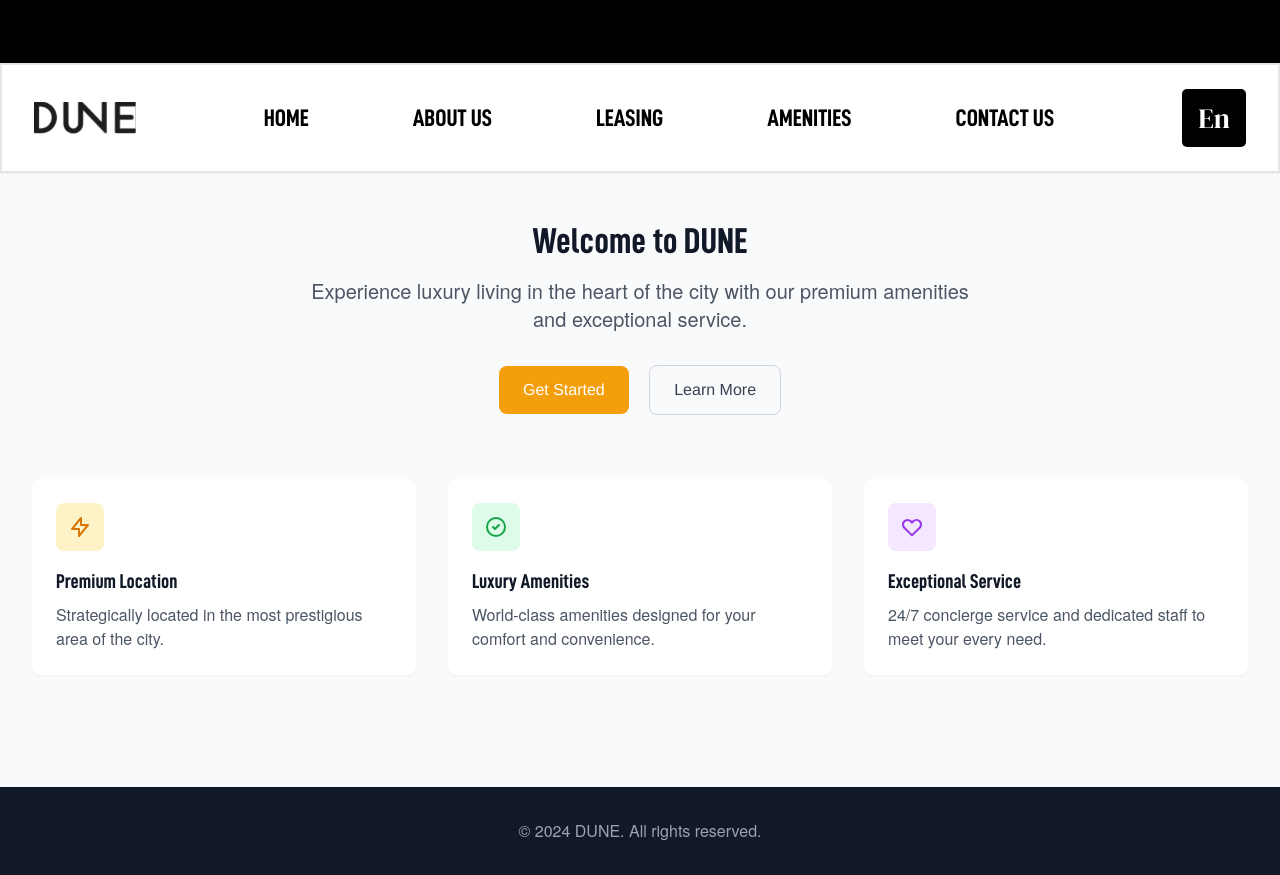
Repository: ahmedassr5765/dune
Page: index.html
The author's editor kept a copy of each file at every save. The page is drawn from the files as they stood at one save, then again after the next save.
The browser window is 1280 px wide. The pictures show the whole page.
Some web fonts or font styles are not loaded; a fallback is used. Some web libraries are served in a nearby version.

Above is the page before, as saved 2025-07-12 17:52:47.

After the next save:
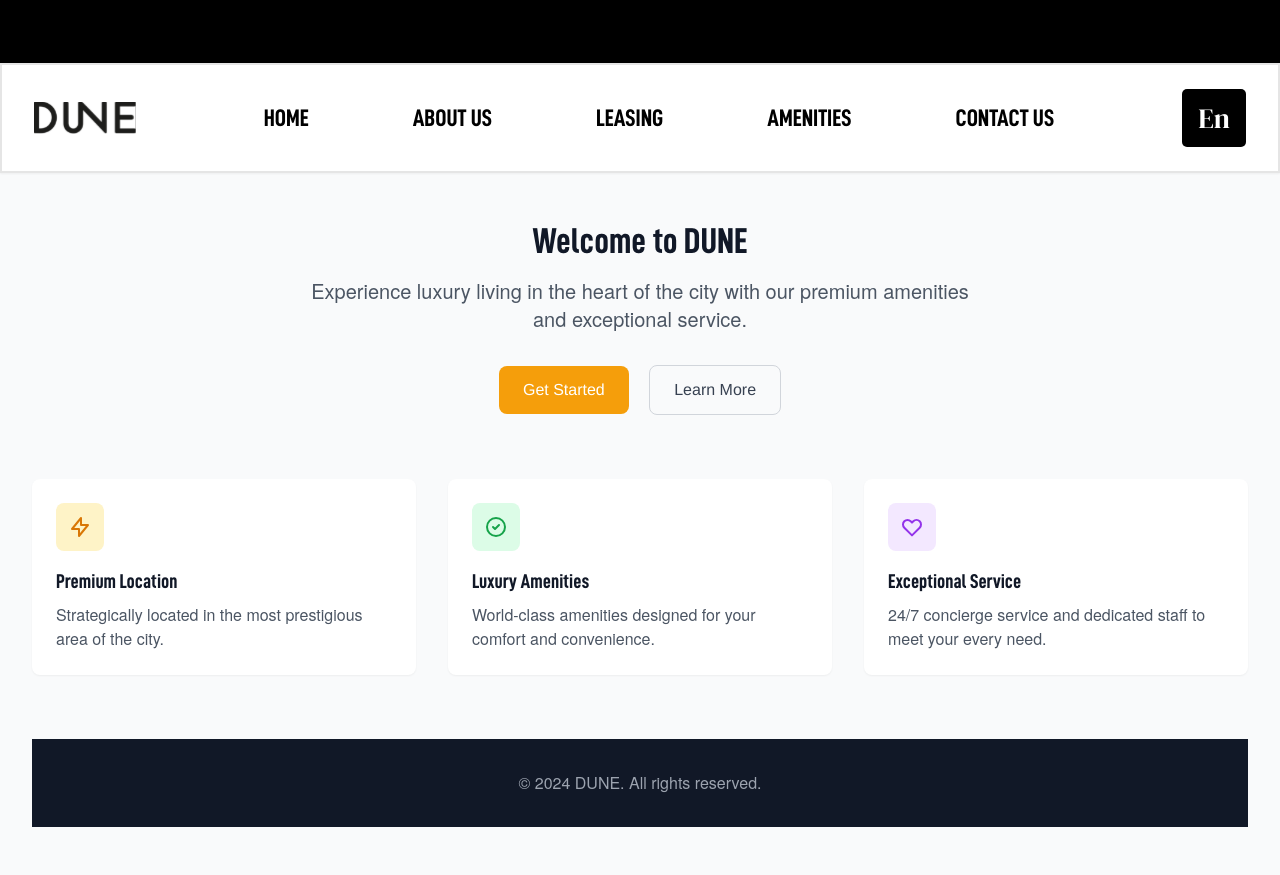
Saved 41 s later.
--- a/index.html
+++ b/index.html
@@ -185,7 +185,6 @@
                 <p class="text-gray-600 feature-desc" data-en="24/7 concierge service and dedicated staff to meet your every need." data-ar="خدمة بواب على مدار الساعة وموظفين مخصصين لتلبية جميع احتياجاتك.">24/7 concierge service and dedicated staff to meet your every need.</p>
             </div>
         </section>
-    </main>
 
     <!-- Footer -->
     <footer class="bg-gray-900 text-white">
